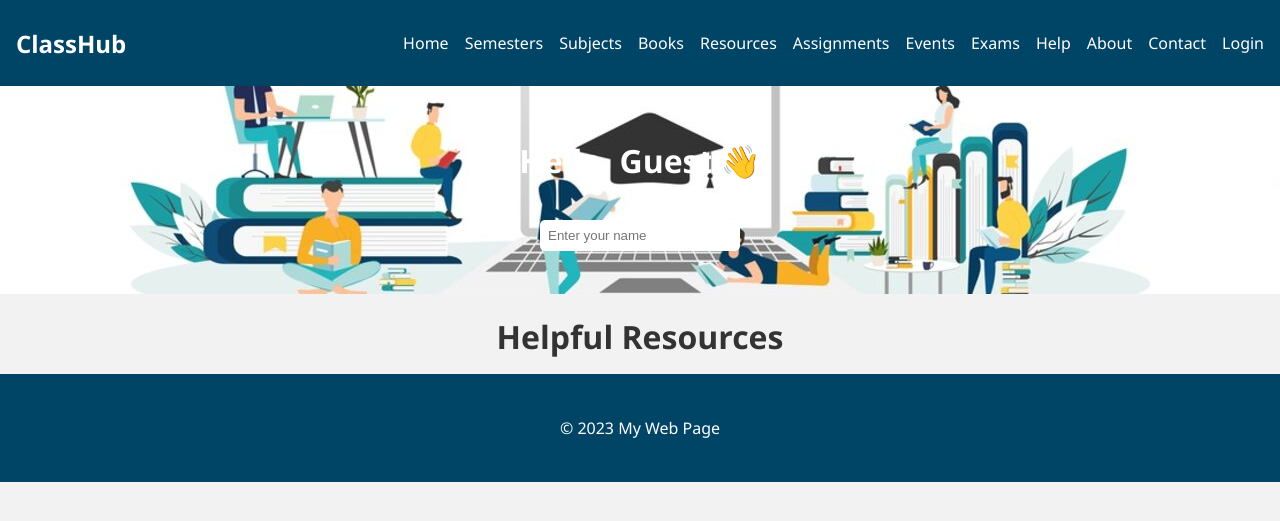
Repository: MariamSawera/eduNova
Page: exams.html
An editor plug-in stored every save of this project. The page is shown before and after the next save, followed by the edit.
The browser window is 1280 px wide. The pictures show the whole page.

Above is the page before, as saved 2025-07-24 16:39:51.
Console error: TypeError: Cannot read properties of null (reading 'addEventListener')

After the next save:
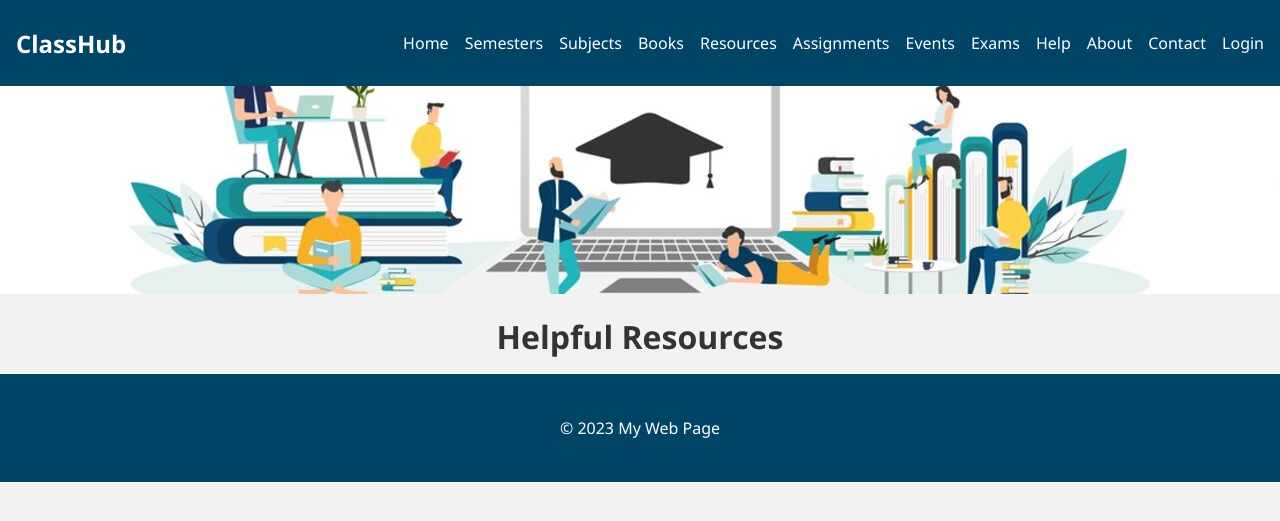
Saved 26 s later.
--- a/exams.html
+++ b/exams.html
@@ -29,13 +29,6 @@
 
 
         <div class="hero">
-      <h1 id="welcome">Hello, Guest 👋</h1>
-      <input
-        type="text"
-        id="nameInput"
-        placeholder="Enter your name"
-        oninput="updateName()"
-      />
     </div>
 
     <h1 class="heading">Helpful Resources</h1>
